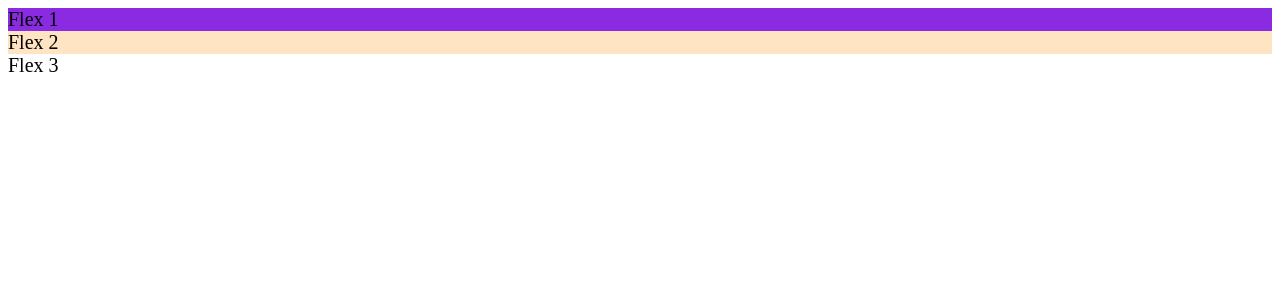
Repository: Kubraaygun/Html_Css_Login
Page: index.html
These files come from the project's save history. The page is drawn as it stood at one moment and after a run of saves; the edit follows.
The browser window is 1280 px wide. The pictures show the whole page.

Above is the page before, as saved 2025-03-05 17:20:55.

### index.html
<!DOCTYPE html>
<html lang="en">
  <head>
    <meta charset="UTF-8" />
    <meta name="viewport" content="width=device-width, initial-scale=1.0" />
    <title>HTML</title>
    <link rel="stylesheet" href="style.css" />
  </head>

  <body>
    <div style="background-color: blueviolet">Flex 1</div>
    <div style="background-color: bisque">Flex 2</div>
    <div>Flex 3</div>
  </body>
</html>

### style.css
body {
  font-size: 20px;
}
.h1:hover {
  background-color: purple;
}
#h1:hover {
  color: purple;
}
.link:hover {
  text-decoration: none;
}

ol {
  background-color: pink;
  margin: 30px 0 20px 10px;
  border: 15px double red;
}

ul {
  background-color: blue;
  margin: 20px;
  border-radius: 20px 0 50px 10px;
}
li {
  padding: 20px;
  margin: 10px;
}

After the next 4 saves:
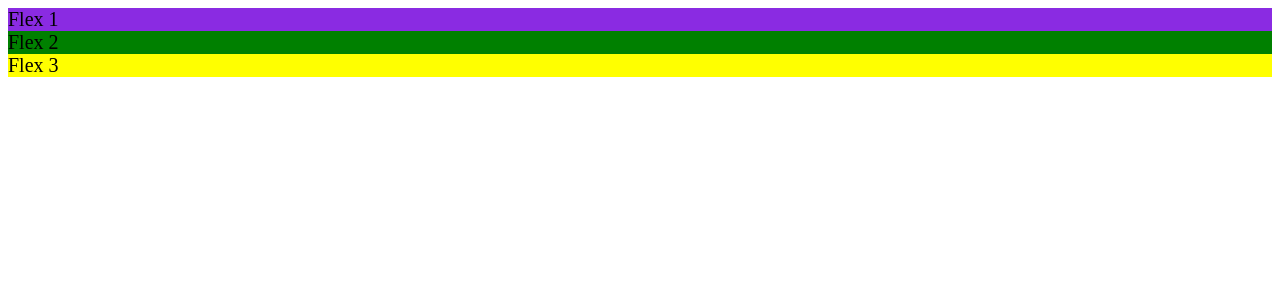
The 4 saves are shown as one change because they came seconds apart.
The last was saved 20 s later.
--- a/index.html
+++ b/index.html
@@ -9,7 +9,7 @@
 
   <body>
     <div style="background-color: blueviolet">Flex 1</div>
-    <div style="background-color: bisque">Flex 2</div>
-    <div>Flex 3</div>
+    <div style="background-color: green">Flex 2</div>
+    <div style="background-color: yellow">Flex 3</div>
   </body>
 </html>
